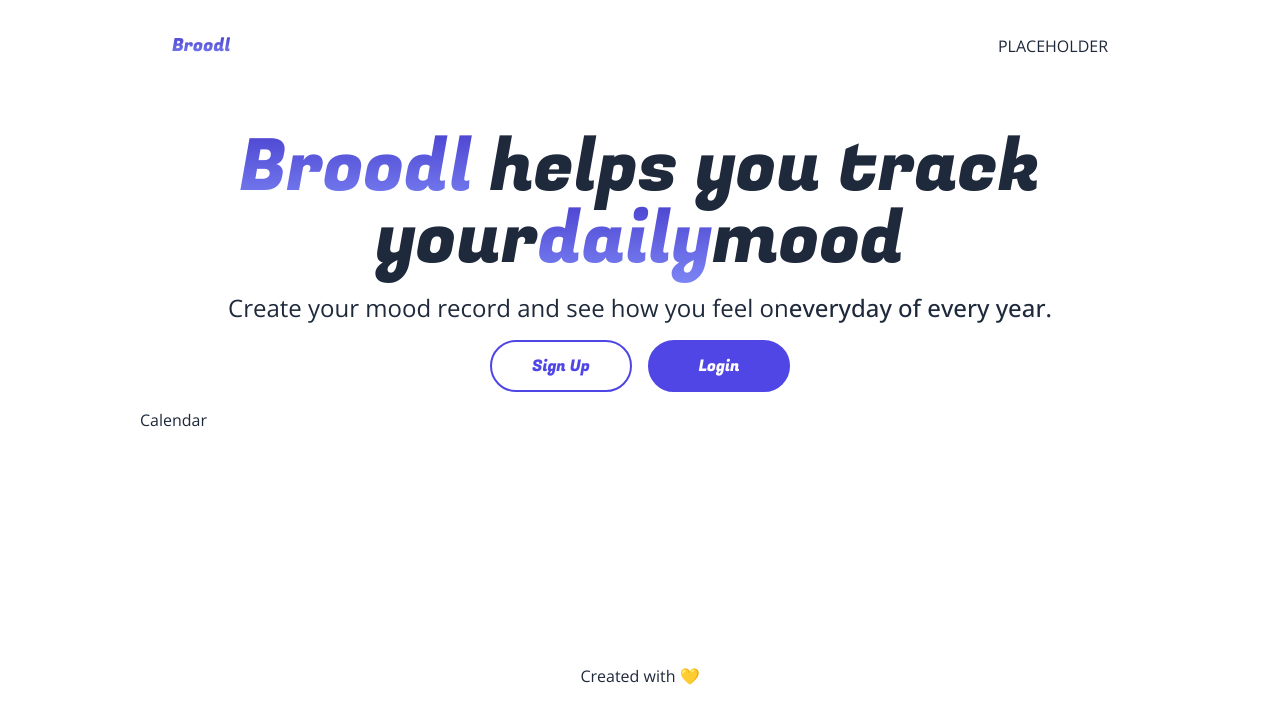
Repository: Nathan-spec/mood-app-next
Page: /
These files come from the project's save history. The page is drawn as it stood at one moment and after a run of saves; the edit follows.
The browser window is 1280 px wide. The pictures show the whole page.
The project was rebuilt for these pictures with package versions that can differ from the ones it lists, and the page was loaded fresh each time. The framework's server and built-in components were replaced by stand-ins that run in the browser. Also part of the build but not shown: next.config.mjs.

Above is the page before, as saved 2024-10-14 13:09:15.

After the next 2 saves:
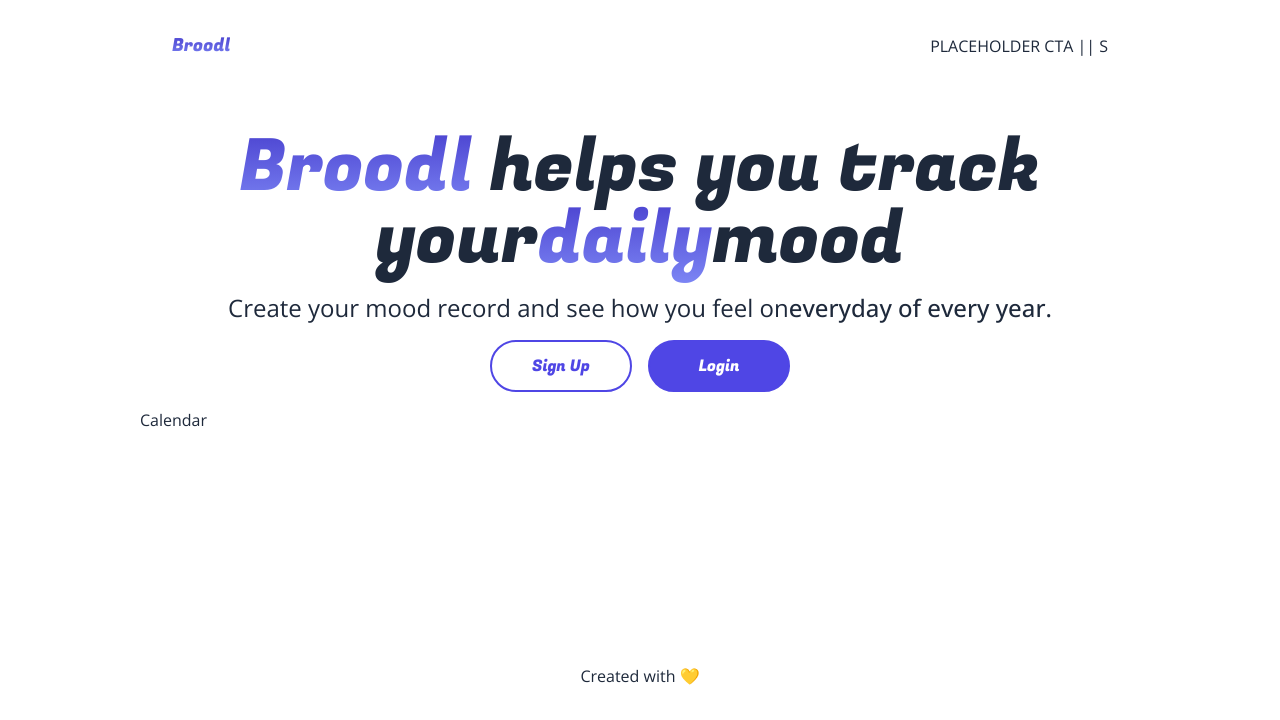
The 2 saves are shown as one change because they came seconds apart.
The last was saved 12 s later.
--- a/app/layout.js
+++ b/app/layout.js
@@ -27,7 +27,7 @@ export default function RootLayout({ children }) {
     <header className="p-4 sm:p-8 flex items-center justify-between gap-4">
       <h1 className={'text-base sm:text-lg textGradient ' + fugaz.className}>Broodl</h1>
       <div className="flex items-center justify-between">
-        PLACEHOLDER
+        PLACEHOLDER CTA || S
       </div>
     </header>
   )
